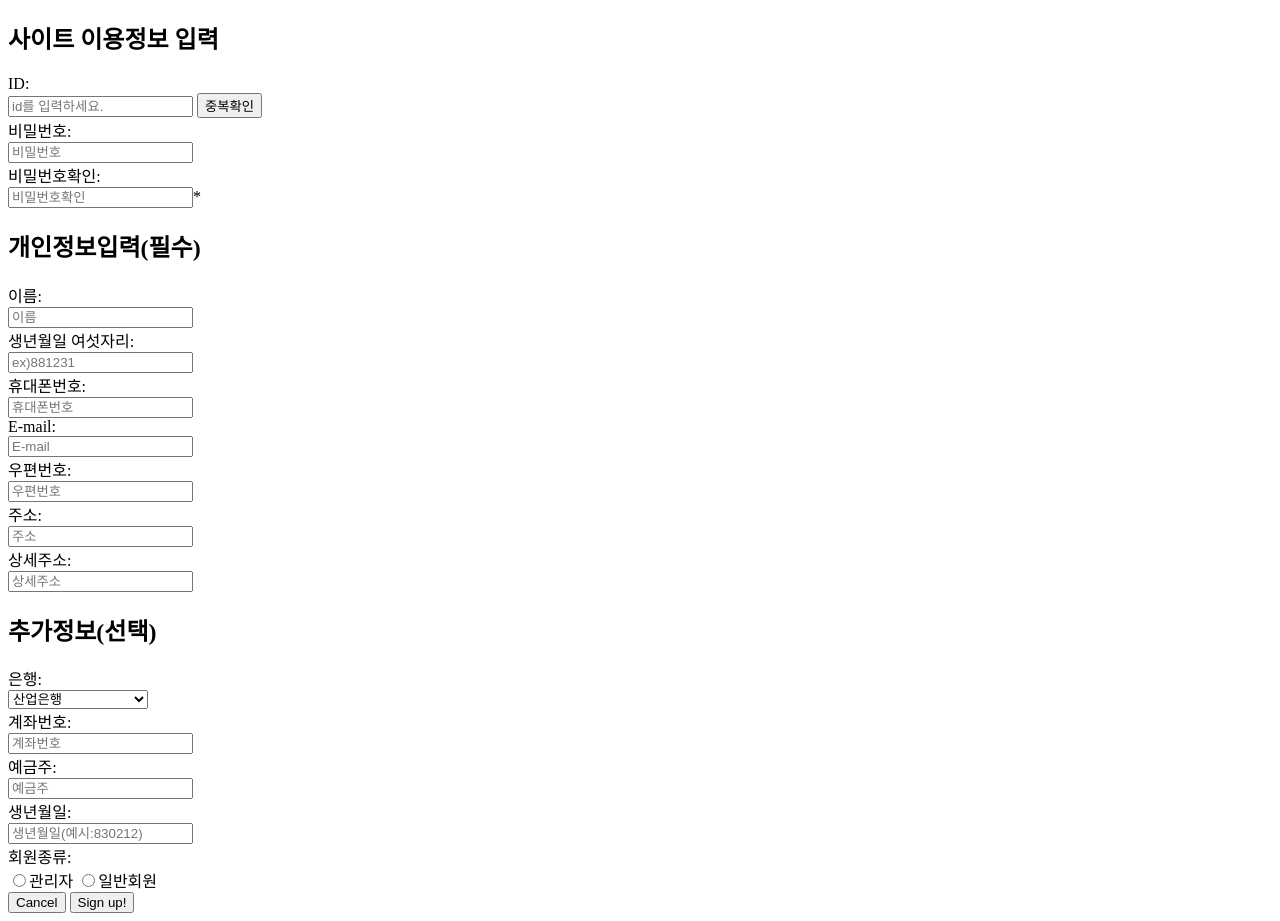
Repository: leeboseok/GalleryIksun
Page: http://localhost/GalleryIkSun/register.jsp
The author's editor kept a copy of each file at every save. The page is drawn from the files as they stood at one save, then again after the next save.
The browser window is 1280 px wide. The pictures show the whole page.
The page is served by Tomcat 9.

Above is the page before, as saved 2024-08-15 10:16:29.

After the next save:
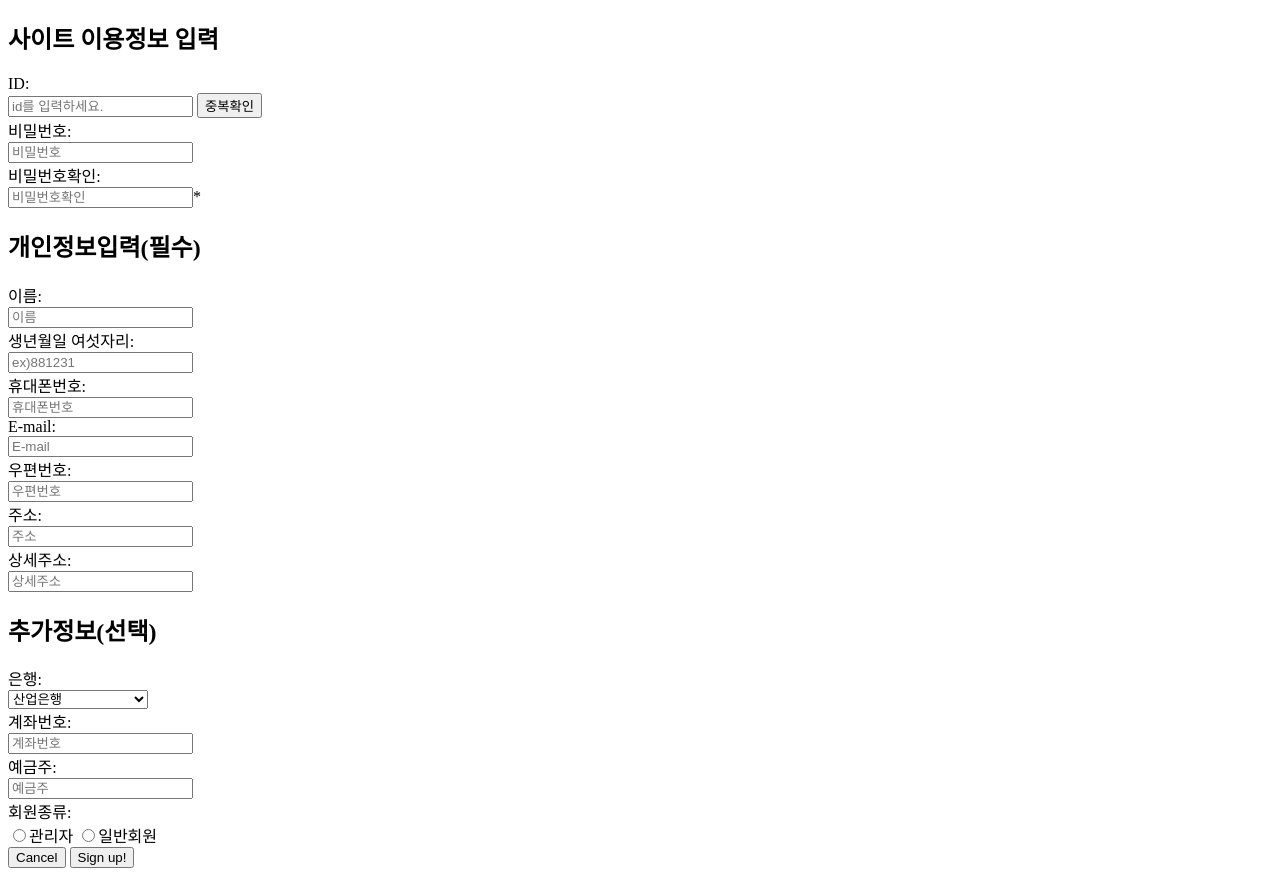
Saved 48 s later.
--- a/GalleryIkSun/src/main/webapp/register.jsp
+++ b/GalleryIkSun/src/main/webapp/register.jsp
@@ -87,10 +87,6 @@
 	                <input type="text" name="accountholder" placeholder="예금주">
 	            </div>
 	            <div>
-	                <div>생년월일:</div>
-	                <input type="text" name="birth" placeholder="생년월일(예시:830212)">
-	            </div>
-	            <div>
 	            	<div>회원종류:</div>
 	            	<input type="radio" name="user_type" value="admin">관리자
 	            	<input type="radio" name="user_type" value="member">일반회원
